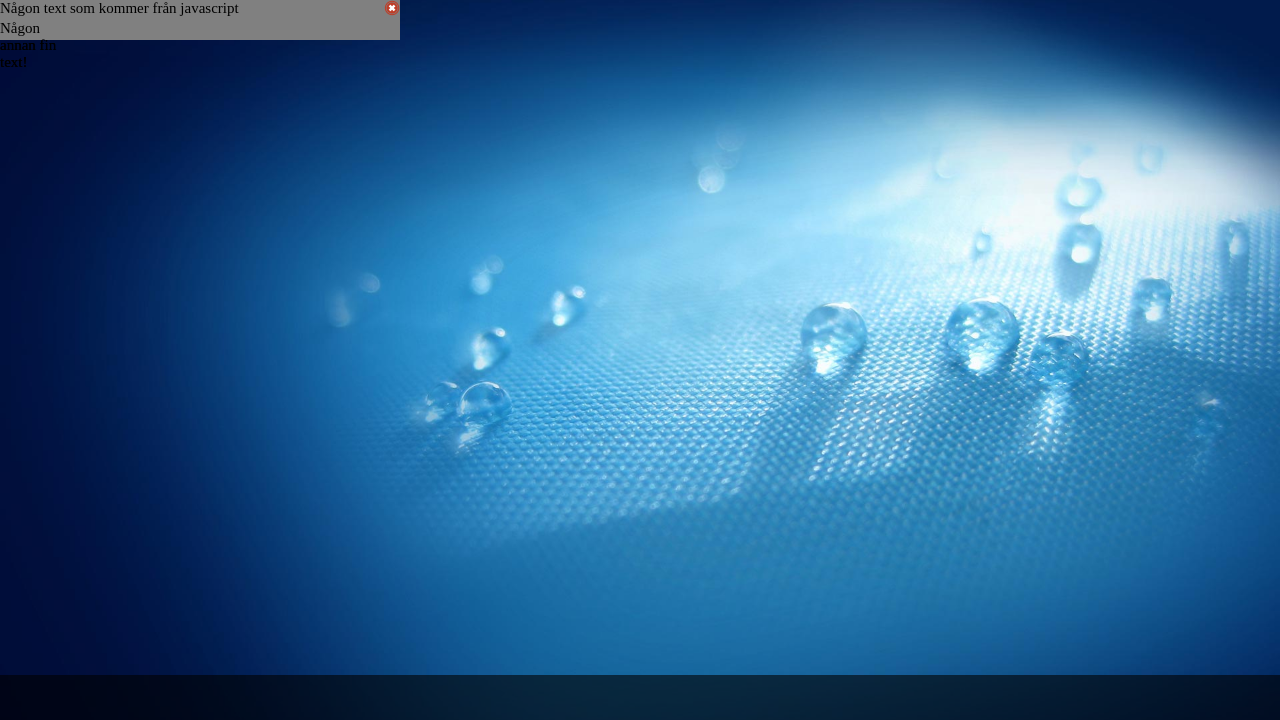
Repository: al223jw/1dv403-laborationer
Page: Project/index.html
The author's editor kept a record of every edit. The page is drawn from the files as they stood at one moment, then again after the next edit.
The browser window is 1280 px wide. The pictures show the whole page.
The page's requests for data from a server got no answer.

Above is the page before.

### Project/index.html
<!DOCTYPE html>
<html>
    <head>
        <meta name="viewport" content="width=device-width, initial-scale=1.0"/>
        <meta charset="utf-8"/>

        <title>Antons Project</title>

        <link rel="stylesheet" href="css.css"/>
        <script src="desktop.js"></script>
        <script src="window.js"></script>
        <script src="start.js"></script>
        <script src="galleri.js"></script>
        <script src="memory.js"></script>


        <script src="script.js"> </script>
    </head>

    <body>
        <div id="desktop">

        <template id="template">
            <div class="window">
                <div class="headline"><img class="img"></img><div class="title">Någon text som kommer från javascript</div><img class="exit" src="pics/exit.png"></img></div>
                <div class="box">

                </div>
                <div class="underline"><div class="title2">Någon annan fin text!</div></div>
        </template>

            <div id="start"></div>
        </div>
    </body>
</html>

### Project/css.css
html, body
{
    width:100%;
    height:100%;
    margin:0;
    padding:0;
}
#desktop
{

    background-image:url("pics/Projektbakgrund.jpg");
    background-size:cover;
    background-position:center;
    width:100%;
    height:100%;
}
.window
{
    position:absolute;
    width:400px;
}
.headline
{
    background-color:gray;
    width:100%;
    height:20px;
    font-size:15px;
}
.headline .title
{
    margin:0;
    padding:0;
    float: left;
}
.exit
{
    float:right;
}
.underline
{
    background-color:gray;
    width:100%;
    height:20px;
    font-size:15px;
}
.underline .title2
{
    margin:0;
    padding:0;
    float: left;
}
.load1
{
    position: absolute;
    width: 16px;
    height: 16px;
    -webkit-animation:spin 4s linear infinite;

    transform:rotate(99999999999999999999999999999999deg);
}

.box
{
    background-color:#996633;
    height: 100%;
    overflow: scroll;
    list-style: none;
    display: flex;
    flex-direction: row;
    flex-wrap: wrap;
    justify-content: space-around;
}
#start
{
    background-color:black;
    opacity:0.6;
    width:100%;
    height:45px;
    position:absolute;
    bottom:0px;
}
.smallimg
{
    background-color:#99FFFF;
    padding:5px;
    margin-top: 10px;
}
.bigimg
{

}
.title2
{
    width:60px;
    margin:0;
}
.smallgalleri
{
    width:16;
    height:16;
}

### Project/desktop.js
"use strict";

function Desktop()
{
    this.element = document.querySelector("#desktop");

}

### Project/window.js
"use strict";

function Window(desktop)
{
    var template = document.querySelector("#template");
    var windowTemplate = template.content.querySelector(".window");
    this.w = windowTemplate.cloneNode(true);

    this.titelelement = this.w.querySelector(".title");

    this.titelelement2 = this.w.querySelector(".title2");

    this.titelelement3 = document.createElement('img');
    this.titelelement3.classList.add("load1");
    this.titelelement3.src = "pics/Loader.gif";

    this.box = this.w.querySelector(".box");

    this.img = this.w.querySelector(".img");

    this.desktop = desktop;


    var close = this.w.querySelector(".exit");

    var self = this;

    close.onclick = function()
    {
        self.close();
    };

    desktop.element.appendChild(this.w);

    this.titelelement3.src = "pics/Loader.gif";

    var XHR = new XMLHttpRequest();

    XHR.onreadystatechange = function()
    {
      if(XHR.readyState == 4 && XHR.status === 200)
      {
          this.titelelement3.src = "pics/imgdone.png";
      }
    };
    XHR.open("GET","http://homepage.lnu.se/staff/tstjo/labbyServer/imgviewer/",true);
    XHR.send(null);

}

Window.prototype.close = function()
{
    this.w.parentNode.removeChild(this.w);
};

Window.prototype.setTitle = function(title)
{

    this.titelelement.innerHTML = title;

};
Window.prototype.Status = function(title2)
{
    this.titelelement2.innerHTML = title2;
};
Window.prototype.Imgtoptitle = function (img)
{
    this.img.src = img;
};

### Project/start.js
"use strict";
function Start(desk)
{
    var start = document.querySelector("#start");

    var img = document.createElement("img");

    var img2 = document.createElement("img");

    img.src = "pics/galleri.png";
    img2.src = "pics/Memory.png";

    start.appendChild(img);

    start.appendChild(img2);

    img.onclick = function()
    {
        var w = new Window(desk, "Galleri", "Kattbajs!");
    };

    img2.onclick = function()
    {
        var w = new Window(desk, "Memory")
    };
}

### Project/galleri.js
"use strict";

function Galleri(w)
{
    w.setTitle("Galleri");
    w.Status("Loading");
    w.Imgtoptitle("pics/galleri.png");

    var box = w.box;

    var XHR = new XMLHttpRequest();

    w.underline.appendChild(w.titelelement3);
    // append loading gif.
    XHR.onreadystatechange = function()
    {
      if(XHR.readyState == 4 && XHR.status === 200)
      {
            w.Status("Done");
            w.titelelement3.parentNode.removeChild(w.titelelement3);
            //removechild gif.
            var array = JSON.parse(XHR.responseText);
            console.log(array);

            for(var i=0; i<array.length; i++)
            {
                var img = document.createElement("img");
                img.classList.add("smallimg");
                var aTag = document.createElement("a");
                aTag.href = "#";
                aTag.url = array[i].URL;

                img.src = array[i].thumbURL;

                aTag.onclick = function()
                {

                    var wind = new Window(w.desktop);
                    var showpic = new Viewpic(wind, this.url);
                };

                aTag.appendChild(img);
                box.appendChild(aTag);
            }

      }
    };
    XHR.open("GET","http://homepage.lnu.se/staff/tstjo/labbyServer/imgviewer/",true);
    XHR.send(null);
}

function Viewpic(w, URL)
{
    var img = document.createElement("img");
    img.classList.add("bigimg");
    img.src = URL;
    w.box.appendChild(img);
    w.setTitle("Image Viewer");
    w.Status("Loading");
    w.Imgtoptitle("pics/galleri.png");
}

### Project/memory.js
"use strict";

function Memory(w)
{
    w.setTitle("Memory");

    w.Status("BOOM!");
}

### Project/script.js
"use strict";
window.onload = function()
{

    var desk = new Desktop();

    var wind = new Window(desk,"Memory");

    var wind2 = new Window(desk,"Nicewindow");
};

After the next edit:
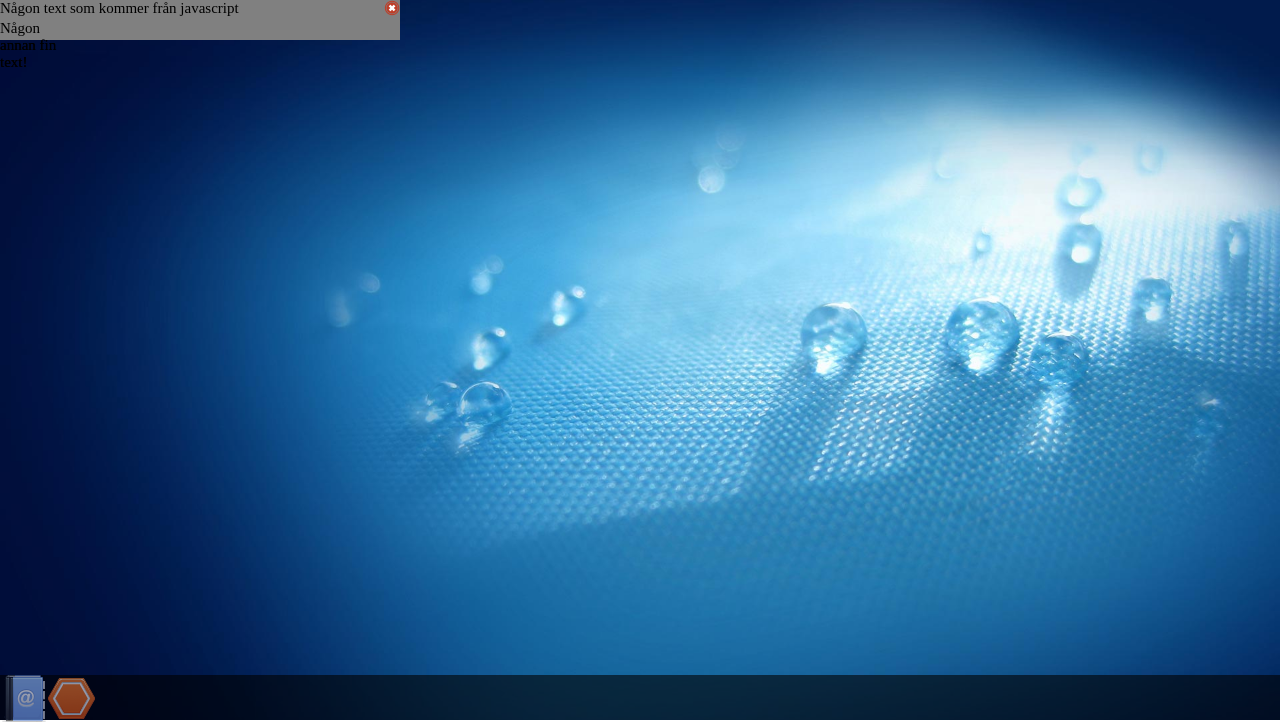
The edit:
--- a/Project/script.js
+++ b/Project/script.js
@@ -4,6 +4,8 @@
 
     var desk = new Desktop();
 
+    var start = new Start(desk);
+
     var wind = new Window(desk,"Memory");
 
     var wind2 = new Window(desk,"Nicewindow");
